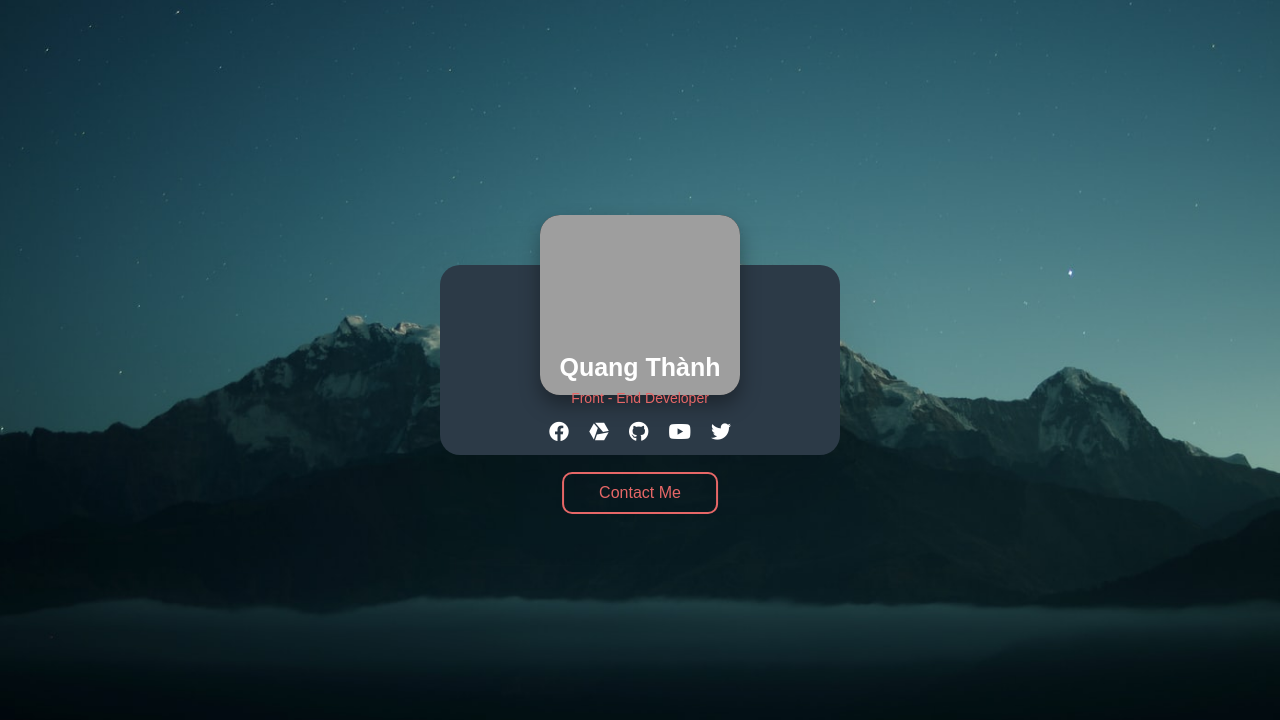
Repository: QuangThanh152/Profile-me
Page: index.html
These files come from the project's save history. The page is drawn as it stood at one moment and after the next save; the edit follows.
The browser window is 1280 px wide. The pictures show the whole page.
Pictures or frames that could not be fetched are drawn as grey boxes.

Above is the page before, as saved 2022-10-07 16:26:43.

### index.html
<!DOCTYPE html>
<html lang="en">
<head>
    <meta charset="UTF-8">
    <meta http-equiv="X-UA-Compatible" content="IE=edge">
    <meta name="viewport" content="width=device-width, initial-scale=1.0">
    <link rel="stylesheet" href="./accets/font/fontawesome-free-6.1.2-web/css/all.min.css">
    <link rel="stylesheet" href="./accets/main.css">
    <title>Profile-QT</title>
</head>
<body>
    <div class="card">
        <div class="card-header">
            <img src="./accets/img/IMG_20220202_135645.jpg" alt="" class="img-me">
        </div>
        <div class="content">
            <div class="name">Quang Thành</div>
            <div class="desc">Front - End Developer</div>
            <div class="SocialNetwork">
                <a href="" class="icon"><i class="fa-brands fa-facebook"></i></a>
                <a href="" class="icon"><i class="fa-brands fa-instalod"></i></i></a>
                <a href="" class="icon"><i class="fa-brands fa-github"></i></i></a>
                <a href="" class="icon"><i class="fa-brands fa-youtube"></i></i></a>
                <a href="" class="icon"><i class="fa-brands fa-twitter"></i></i></a>
            </div>
            <a href="" class="btn-contact">Contact Me</a>
        </div>
        <div class="card-footer">
            <div class="number">
                <div class="item">
                    <span>152</span>
                    Posts
                </div>
            </div>
            <div class="number">
                <div class="item">
                    <span>111</span>
                    Following
                </div>
            </div>
            <div class="number">
                <div class="item">
                    <span>205K</span>
                    Followers
                </div>
            </div>
        </div>
    </div>
</body>
</html>

### accets/main.css
* {
    padding: 0;
    margin: 0;
    box-sizing: border-box;
    font-family: 'Poppins', sans-serif;
    text-decoration: none;
}

body {
    min-height: 100vh;
    background: url(/accets/img/img-big.jpg) no-repeat center;
    background-size: cover;
    display: flex;
    justify-content: center;
    align-items: center;
}

.card {
    position: relative;
    width: 400px;
    height: 190px;
    border-radius: 20px;
    background: #2c3a47;
    transition: 0.2s;
    box-shadow: 0 35px 80px rgba(0,0,0,0.15);
    /* overflow: hidden; */
}
.card:hover {
    height: 500px;
}
.card-header {
    position: absolute;
    background: rgb(21, 19, 19);
    left: 50%;
    top: -50px;
    transform: translateX(-50%);
    width: 200px;
    height: 180px;
    border-radius: 20px;
    box-shadow: 0 10px 20px rgba(0,0,0,0.35);
    overflow: hidden;
    transition: 0.3s;
}
.card:hover .card-header {
    width: 250px;
    height: 250px;
    transition: 0.2s;
}
.img-me {
    position: absolute;
    top: 0;
    left: 0;
    width: 100%;
    height: 100%;
    object-fit: cover;
}
.content {
    position: absolute;
    top: 42%;
    text-align: center;
    align-items: center;
    left: 50%;
    transform: translateX(-50%);
}
.name {
    font-size: 25px;
    font-weight: 600;
    padding: 8px;
    color: #fff;
}
.desc {
    font-size: 14px;
    padding: 0 0 15px 0;
    color: #e66767;
}
.SocialNetwork {
    display: flex;
    justify-content: center;
    margin: 0 0 18px 0;
}
.SocialNetwork a{
    font-size: 20px;
    color: white;
    padding: 0 10px 0;
}
.SocialNetwork a:hover {
    color: #e66767;
}

.btn-contact {
    display: inline-block;
    font-size: 16px;
    padding: 10px 35px;
    border: 2px solid #e66767;
    border-radius: 10px;
    color: #e66767;
    margin-top: 10px;
}
.btn-contact:hover {
    background-color: #e66767;
    color: #f2f2f2;
}
.card-footer{
    position: absolute;
    justify-content: center;
    align-items: center;
    bottom: 0;
    background: #fff;
    width: 100%;
    height: 85px;
    border-bottom-left-radius: 10px;
    border-bottom-right-radius: 10px;
    display: none;
}
.card:hover .card-footer {
    display: flex;
}
.number{
    display: flex;
    text-align: center;
    padding: 10px 35px;
}
.number:nth-child(1) {
    padding-right: 5px;
}
.number:nth-child(2) {
    padding-right: 50px;
    padding-left: 68px;
}
.number:nth-child(3) {
    padding-left: 5px;
    padding-right: 29px;
}
.item{
    flex: 1;
    font-size: 13px;
    text-transform: uppercase;
}
.item span {
    display: block;
    font-size: 25px;
}

Loaded but not shown: accets/font/fontawesome-free-6.1.2-web/css/all.min.css (library)

After the next save:
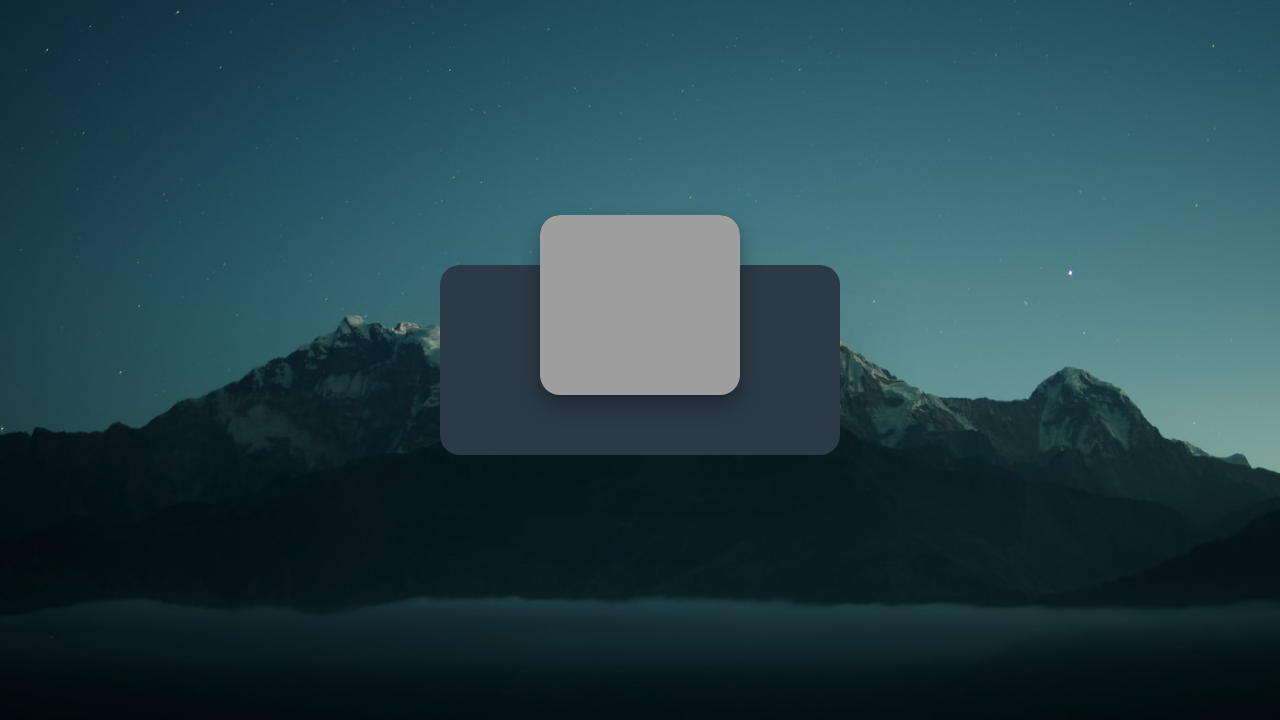
Saved 2 min 20 s later.
--- a/accets/main.css
+++ b/accets/main.css
@@ -61,6 +61,10 @@ body {
     align-items: center;
     left: 50%;
     transform: translateX(-50%);
+    display: none;
+}
+.card:hover .content {
+    display: block;
 }
 .name {
     font-size: 25px;
